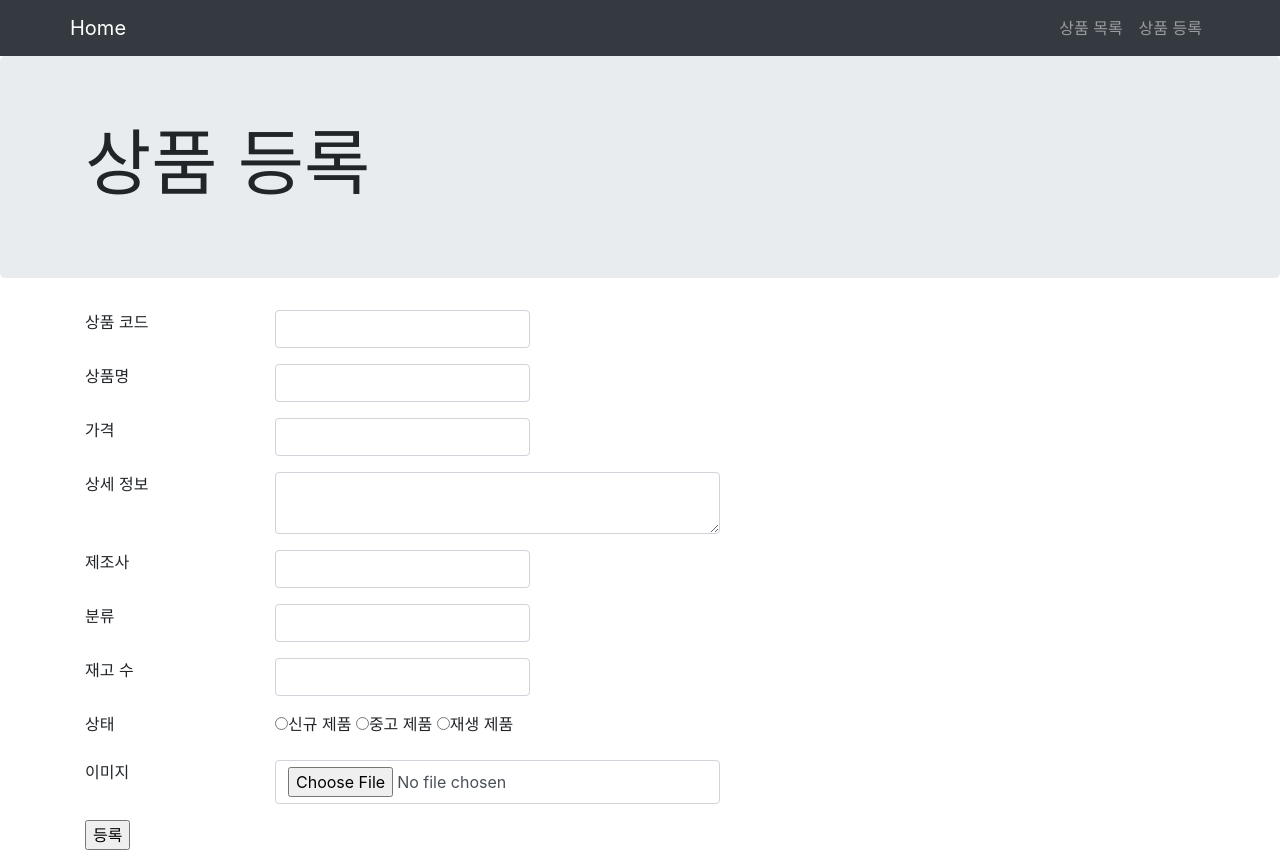
Repository: lhj257/jspwrokspace
Page: http://localhost/WebMarket/addProduct.jsp?language=lo
The author's editor kept a copy of each file at every save. The page is drawn from the files as they stood at one save, then again after a run of saves.
The browser window is 1280 px wide. The pictures show the whole page.
The page is served by Tomcat 9. Nobody is signed in. The application's start-up code is not run.

Above is the page before, as saved 2023-08-30 01:08:02.

After the next 2 saves:
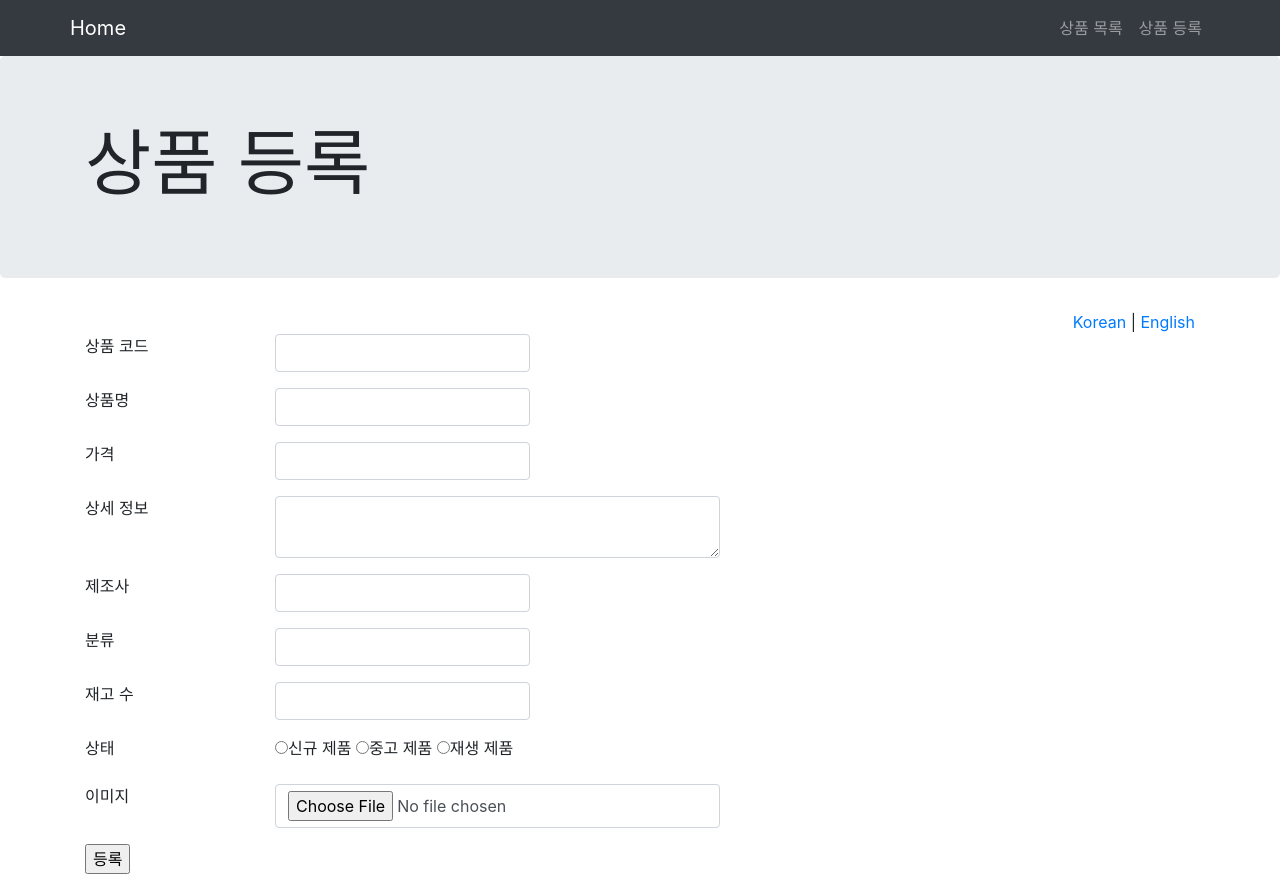
The 2 saves are shown as one change because they came seconds apart.
The last was saved 116 s later.
--- a/WebMarket/src/main/webapp/addProduct.jsp
+++ b/WebMarket/src/main/webapp/addProduct.jsp
@@ -22,6 +22,9 @@
 		</div>
 	</div>
 	<div class="container">
+		<div class="text-right">
+			<a href="?language=lo" > Korean </a>|<a href="?language=en"> English</a>
+		</div>
 		<form name="newProduct" action="./processAddProduct.jsp" class="form-horizontal" method="post" enctype="multipart/form-data">
 			<div class="form-group row">
 				<label class="col-sm-2">상품 코드</label>
